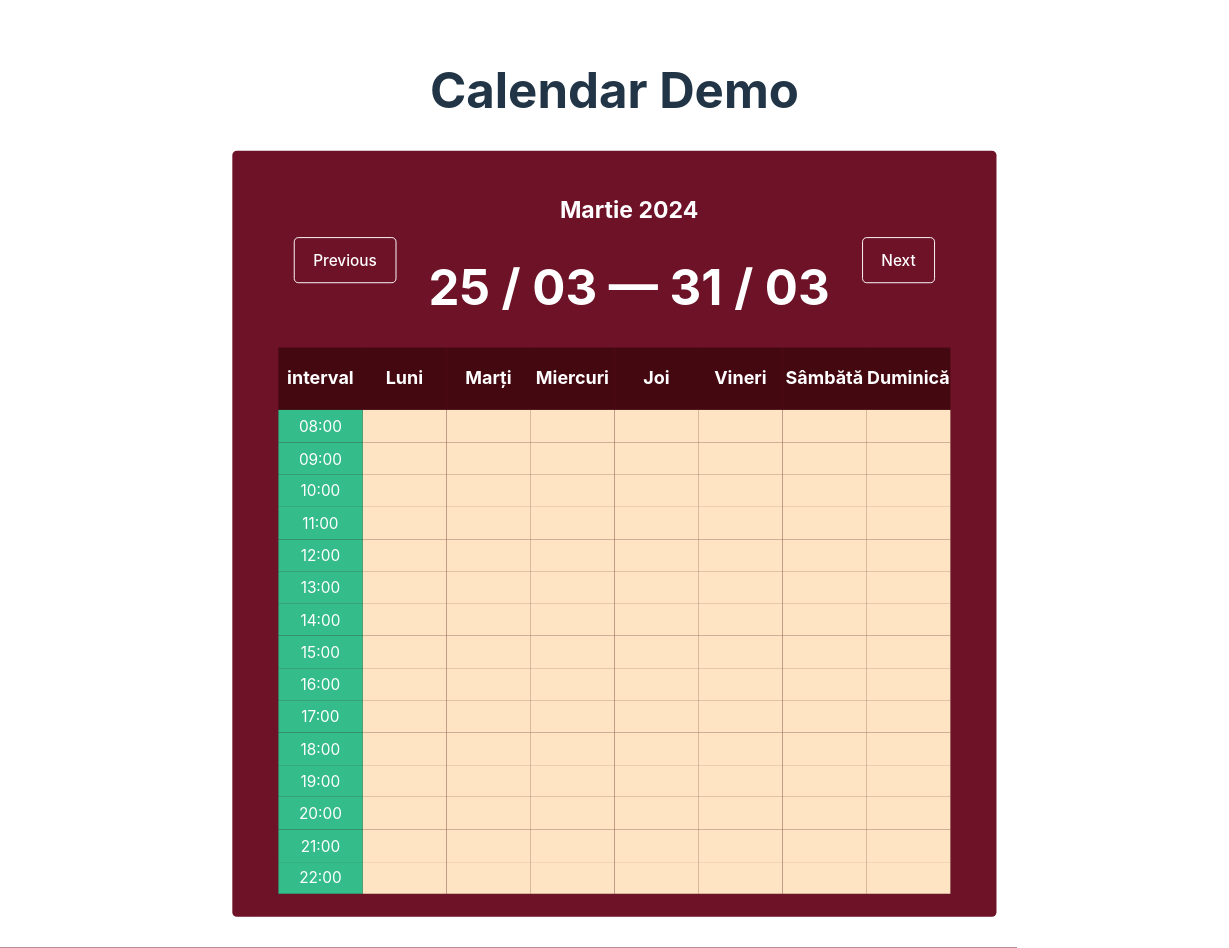
Repository: Maryie-B/weekly-calendar-scheduler
Page: /
An editor plug-in stored every save of this project. The page is shown before and after the next save, followed by the edit.
The browser window is 1280 px wide. The pictures show the whole page, at 96% of full size.
The project was rebuilt for these pictures with package versions that can differ from the ones it lists, and the page was loaded fresh each time. Also part of the build but not shown: vite.config.js.

Above is the page before, as saved 2024-03-26 16:19:58.

### src/App.jsx
import './App.css'
import CalendarHeader from './CalendarHeader'
import CalendarDays from './CalendarDays'

function App() {

  return (
    <>
      <h1>Calendar Demo</h1>
      <div className='calendar-wrapper'>

        <CalendarHeader />
        <CalendarDays />
      </div>
    </>
  )
}

export default App

### src/App.css
#root {
  max-width: 1280px;
  margin: 0 auto;
  padding: 2rem;
  text-align: center;
}

.calendar-wrapper {
  background-color: rgb(110, 18, 40);
  min-width: 700px;
  color: white;
  padding: 1.5rem 3rem;
  border-radius: 0.3rem;
}

.calendar-header {
  display: flex;
  flex-direction: row;
  align-items: center;
  justify-content: space-between;

}


.calendar-button {
  background-color: rgba(0, 0, 0, 0);
  height: 3rem;
  align-items: center;
  justify-content: center;
  border-color: white;
  border-radius: 0.3rem;
  color: white;
  font-size: 1rem;
  margin: 1rem;
}

.calendar-text {
  padding: 0rem 1rem;
}

.calendar-days-wrapper {
  display: grid;
  text-align: center;
  grid-template-columns: repeat(8, 1fr);
}

.days-header {
  background-color: rgb(68, 8, 17);
  min-height: 2rem;
  border: 0.2rem;
  border-color: white;
}

.hour-intervals {
  background-color: rgb(52, 188, 138);
  padding: 0.3rem;
  border-bottom: 0.1rem;
  border-color: black;
}

.hour-intervals-empty {
  min-height: 2.1rem;
  background-color: bisque;
  border: 3px black;
}

### src/CalendarHeader.jsx
import { useState, useEffect } from "react";

const CalendarHeader = () => {
  const [currentWeekStart, setCurrentWeekStart] = useState(() => {
      const now = new Date();
      const currentDay = now.getDay();
      const untilMonday = currentDay === 0 ? 6 : currentDay - 1;
      now.setDate(now.getDate() - untilMonday);
      return now;
  });

  const [currentWeekEnd, setCurrentWeekEnd] = useState(() => {
    const end = new Date(currentWeekStart);
    end.setDate(currentWeekStart.getDate() + 6);
    return end;
  });

  useEffect(() => {
    const end = new Date(currentWeekStart);
    end.setDate(currentWeekStart.getDate() + 6);
    console.log(end, '- from useEffect');
    setCurrentWeekEnd(end);
  }, [currentWeekStart]);

  const handleGoToPreviousWeek = () => {
    setCurrentWeekStart((prevDate) => {
        const newDate = new Date(prevDate);
        newDate.setDate(newDate.getDate() - 7);
        console.log(newDate, '-- from handleGoToPrevWeek');
        return newDate;
    });
  };

  const handleGoToNextWeek = () => {
    setCurrentWeekStart((prevDate) => {
        const newDate = new Date(prevDate);
        newDate.setDate(newDate.getDate() + 7);
        console.log(newDate, '-from handle NEXTdate');
        return newDate;
    });
  };

  const startMonth = currentWeekStart.getMonth();
  const endMonth = currentWeekEnd.getMonth();
  const startYear = currentWeekStart.getFullYear();
  const endYear = currentWeekEnd.getFullYear();

  const monthsNames = ['Ianuarie', 'Februarie', 'Martie', 'Aprilie',
                        'Mai', 'Iunie', 'Iulie', 'August', 'Septembrie', 'Octombrie', 'Noiembrie', 'Decembrie'];

  let calendarHeader = `${monthsNames[startMonth]} ${startYear}`;
  if (startMonth !== endMonth || startYear !== endYear) {
    calendarHeader += ` — ${monthsNames[endMonth]} ${endYear} `
  }

  let weekStartMonthNumber = currentWeekStart.getMonth() + 1;
  let weekEndMonthNumber = currentWeekEnd.getMonth() + 1;

  weekStartMonthNumber = weekStartMonthNumber < 10 ? `0${weekStartMonthNumber}` : weekStartMonthNumber;
  weekEndMonthNumber = weekEndMonthNumber < 10 ? `0${weekEndMonthNumber}` : weekEndMonthNumber;

  const datesRange = `${currentWeekStart.getDate()} / ${weekStartMonthNumber} — ${currentWeekEnd.getDate()} / ${weekEndMonthNumber}`;

  return (
    <div className="calendar-header">
        <button className='calendar-button' onClick={handleGoToPreviousWeek}>Previous</button>
        <div className="calendar-text">
        <h2>{calendarHeader}</h2>
        <h1>{datesRange}</h1>
        </div>
        <button className='calendar-button' onClick={handleGoToNextWeek}>Next</button>
    </div>
  )
}

export default CalendarHeader;

### src/CalendarDays.jsx
import { useState } from "react"

const CalendarDays = () => {
  const weekDays = ['interval ', 'Luni', 'Marți', 'Miercuri', 'Joi', 'Vineri', 'Sâmbătă', 'Duminică']

  const hours = [];
  for (let i = 8; i <= 22; i++) {
    hours.push(i);
  }

  const handleIntervalClick = (e) => {
    console.log(e.target, 'This interval has been clicked!');
  };

  return (
    <div className="calendar-days-wrapper">
      {weekDays.map((day, index) => {
        return (

        index === 0 ?
        <div className="days-header" key={index}>
           <h3>{day}</h3>
           {hours.map((hour, index) => {
               return (
                   <div className="hour-intervals" key={hour}>{hour < 10 ? `0${hour}:00` : `${hour}:00`}</div>
               )
           })}
        </div>
        :
        <div className="days-header" key={index}>
        <h3>{day}</h3>
        {hours.map((hour, index) => {
            return (
                <div className="hour-intervals-empty" key={hour} onClick={handleIntervalClick}> </div>
            )
        })}
        </div>
        )
      })}
    </div>
  )
}

export default CalendarDays

Loaded but not shown: index.html (common file); src/main.jsx (common file); src/index.css (common file)

After the next save:
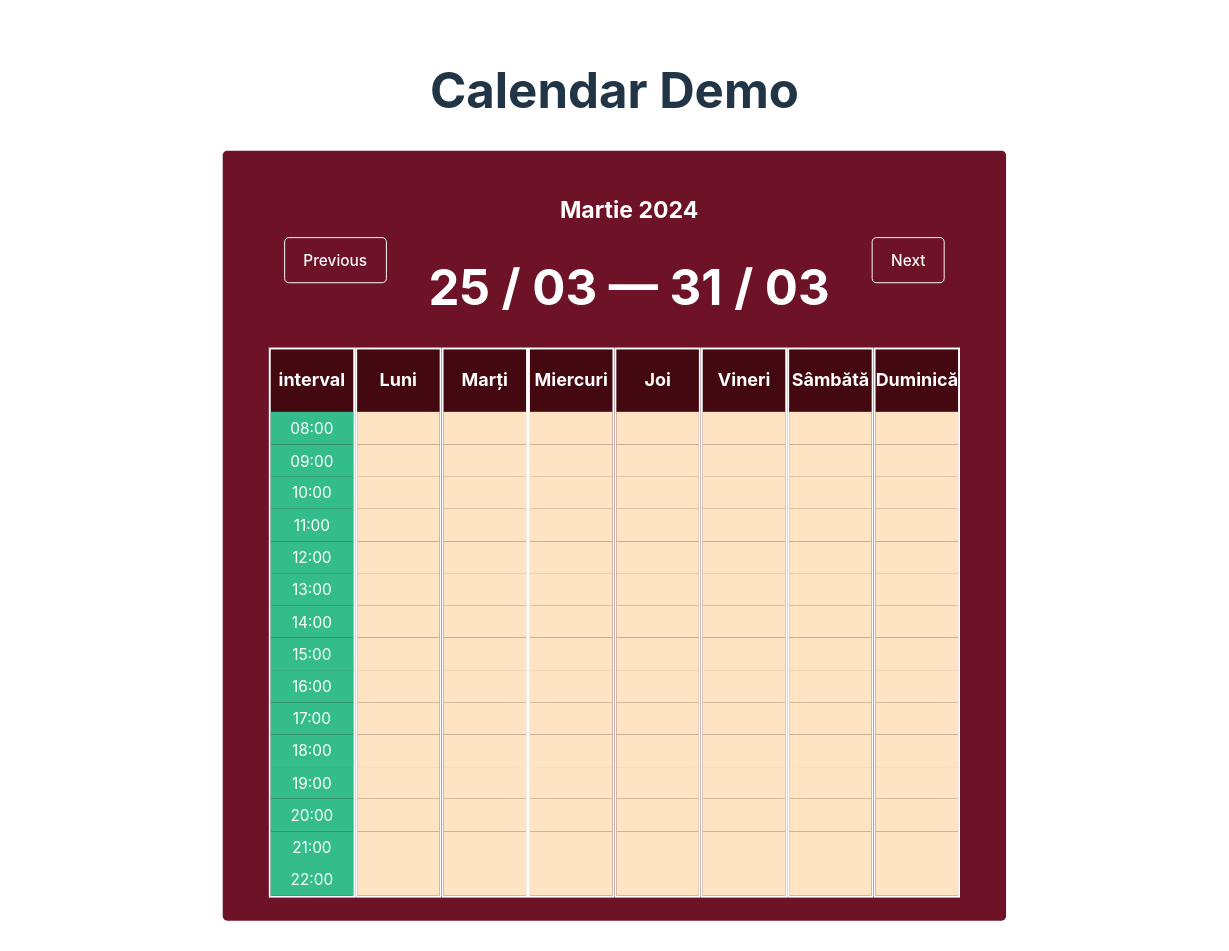
Saved 19 s later.
--- a/src/App.css
+++ b/src/App.css
@@ -47,8 +47,7 @@
 .days-header {
   background-color: rgb(68, 8, 17);
   min-height: 2rem;
-  border: 0.2rem;
-  border-color: white;
+  border: solid white 2px;
 }
 
 .hour-intervals {
